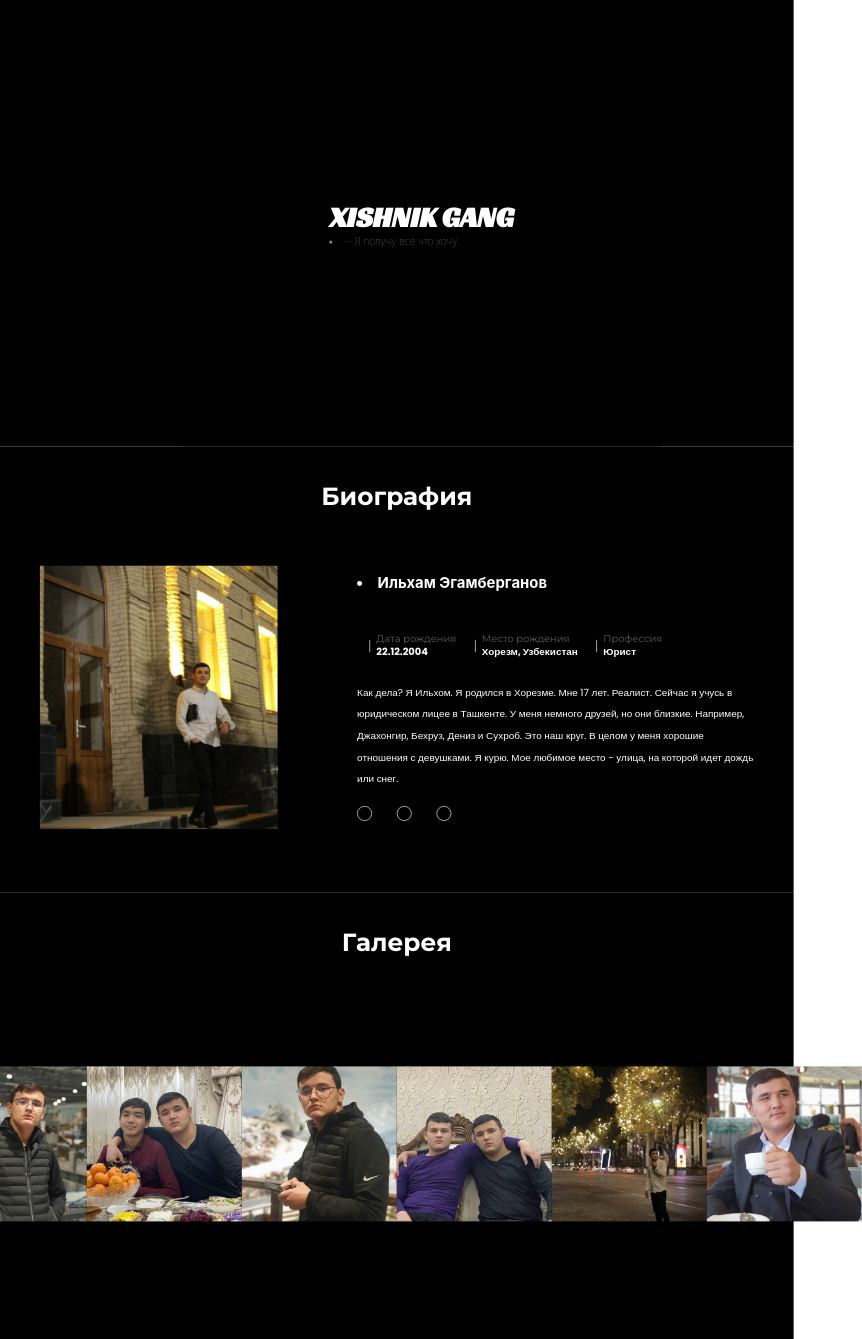
Repository: sardorexe/xishnik
Page: /
An editor plug-in stored every save of this project. The page is shown before and after the next save, followed by the edit.
The browser window is 1280 px wide. The page is 1390 px wide, then 1280 px, so the pictures cover 1390 px, including what lies to the right of the window. The pictures show the whole page, at 62% of full size.
Pictures or frames that could not be fetched are drawn as grey boxes. Some icons come from a web library that is not loaded, so they are not drawn. Some web libraries are served in a nearby version. The project was rebuilt for these pictures with package versions that can differ from the ones it lists, and the page was loaded fresh each time. Some packages were replaced by stand-ins written for this rebuild. The framework's server and built-in components were replaced by stand-ins that run in the browser. Also part of the build but not shown: next.config.js.

Above is the page before, as saved 2021-09-27 21:28:01.

After the next save:
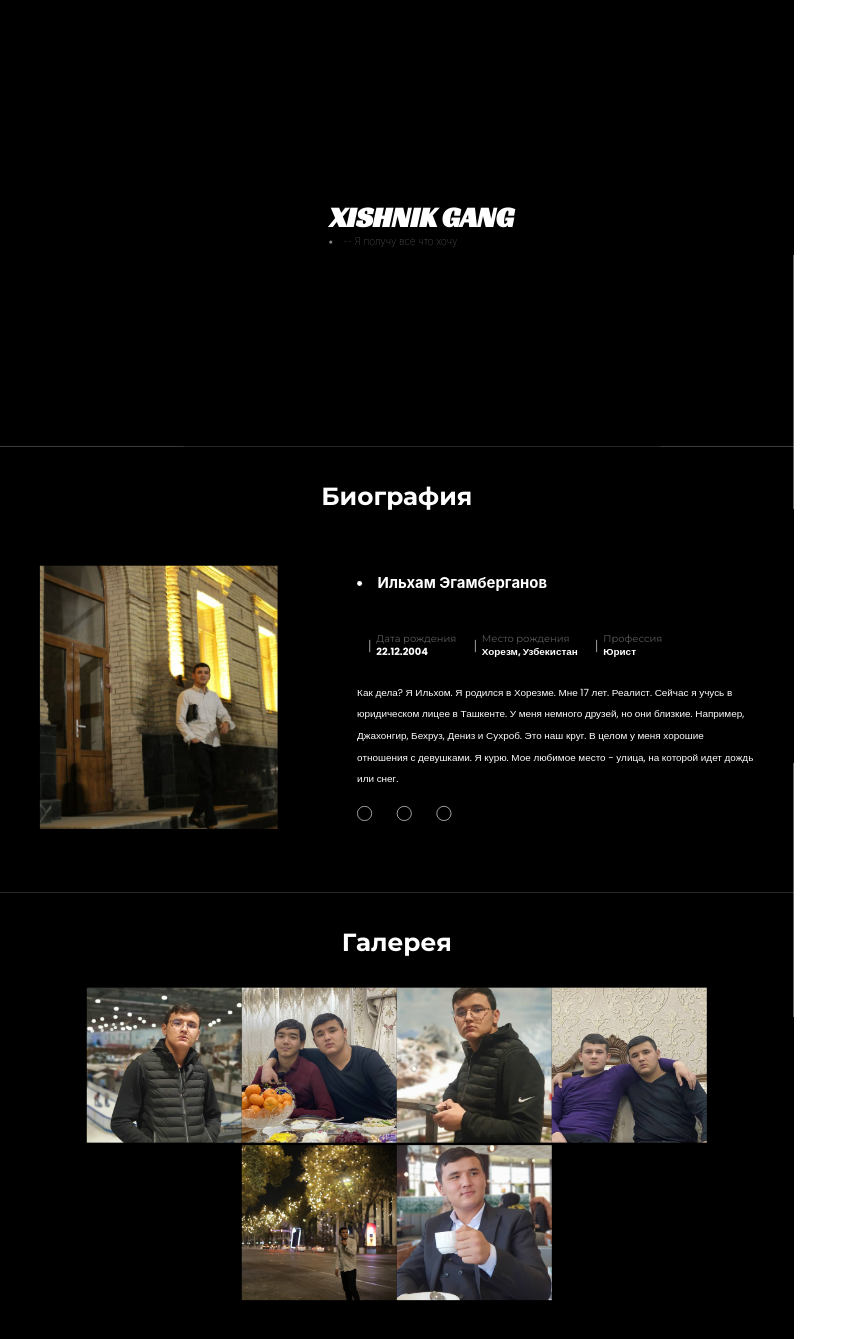
Saved 8 s later.
--- a/styles/Gallery.module.css
+++ b/styles/Gallery.module.css
@@ -22,7 +22,7 @@
   flex-direction: row;
   justify-content: center;
   align-items: center;
-  fle
+  flex-wrap: wrap;
 }
 
 .freeSpace {
